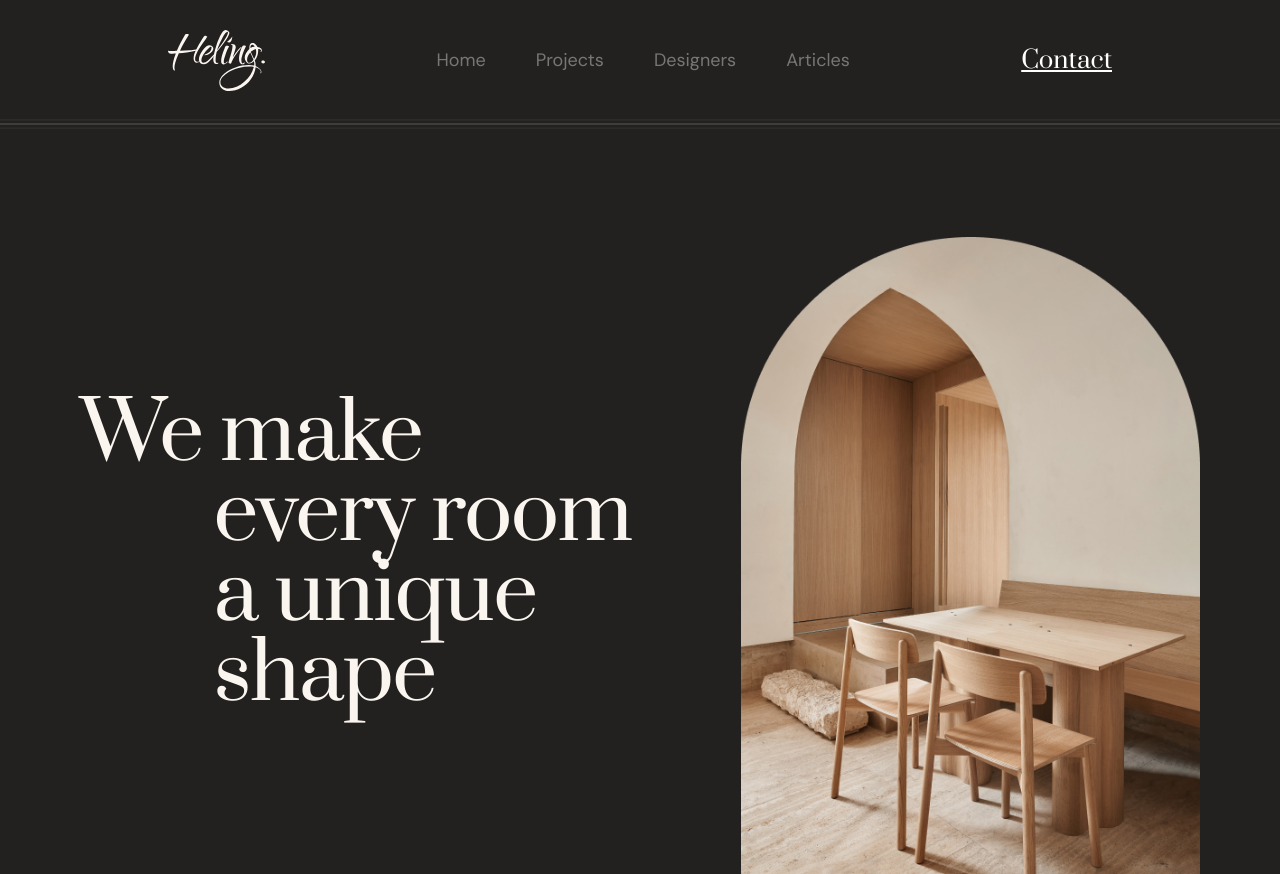
Repository: vandangnhathung/healingui_website
Page: /
The author's editor kept a copy of each file at every save. The page is drawn from the files as they stood at one save, then again after a run of saves.
The browser window is 1280 px wide. The pictures show the whole page.
The project was rebuilt for these pictures with package versions that can differ from the ones it lists, and the page was loaded fresh each time.

Above is the page before, as saved 2022-03-16 13:32:29.

After the next 2 saves:
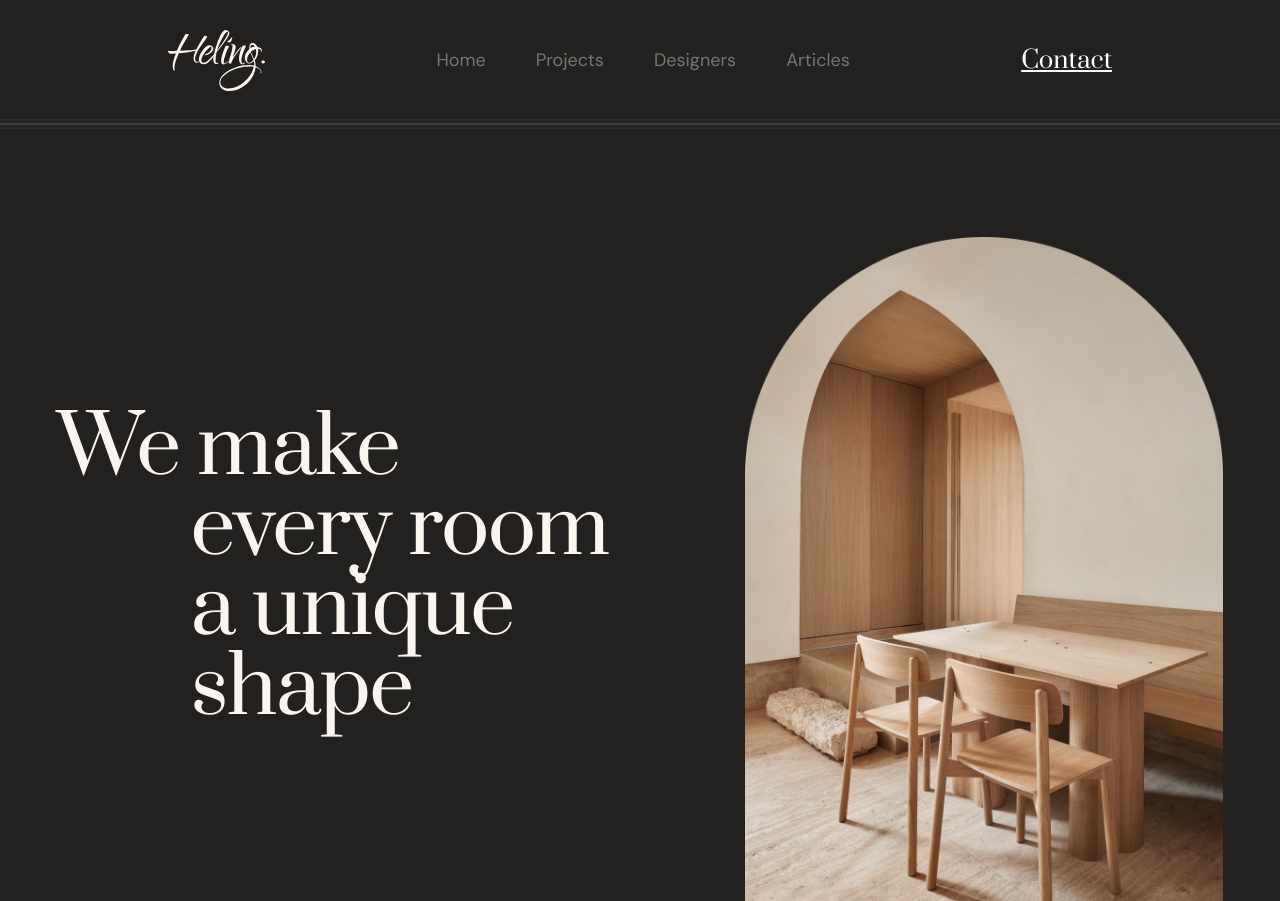
The 2 saves are shown as one change because they came seconds apart.
The last was saved 82 s later.
--- a/src/components/Container/Container.js
+++ b/src/components/Container/Container.js
@@ -9,7 +9,7 @@ const Container = () => {
     @import url("https://fonts.googleapis.com/css2?family=Prata&display=swap");
   `;
   const Container = styled.div`
-    padding: 108px 80px 0;
+    padding: 108px 57px 0;
     display: flex;
     align-items: center;
     justify-content: space-between;
